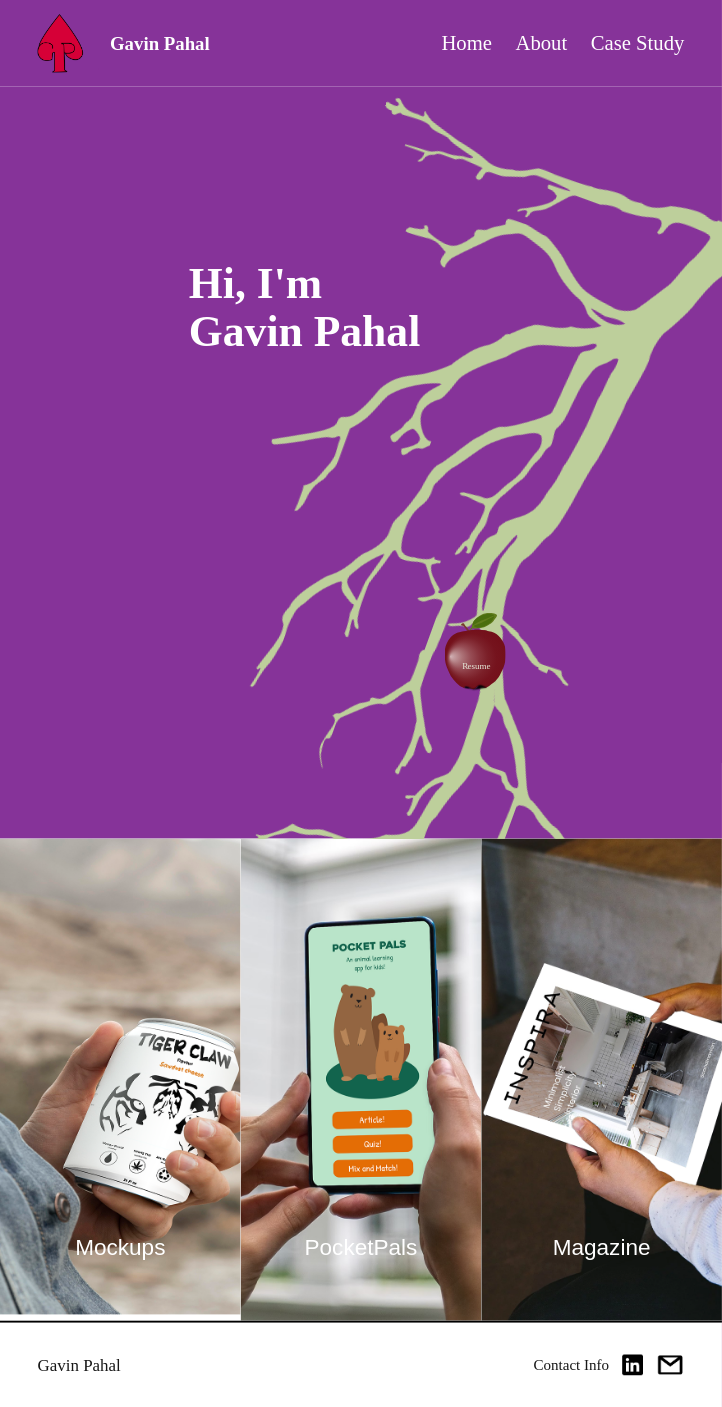
Repository: GavinPahal/portfolios
Page: /
The author's editor kept a copy of each file at every save. The page is drawn from the files as they stood at one save, then again after the next save.
The browser window is 768 px wide. The pictures show the whole page, at 94% of full size.
The project was rebuilt for these pictures with package versions that can differ from the ones it lists, and the page was loaded fresh each time. The framework's server and built-in components were replaced by stand-ins that run in the browser. Also part of the build but not shown: next.config.mjs, components/BackToTop/BackToTop.module.css.

Above is the page before, as saved 2025-02-22 15:02:46.

### pages/index.js
import NavBar from "../components/NavBar/NavBar";
import HeroSection from "../components/HeroSection/HeroSection";
import Projects from "../components/Projects/Projects";
import Footer from "../components/Footer/Footer";
import BackToTop from "../components/BackToTop/BackToTop";

const home = () => {
  return (
    <div>
      <NavBar />
      <HeroSection />
      <Projects />
      <BackToTop />
      <Footer />
    </div>
  );
};

export default home;

### components/NavBar/NavBar.js
import styles from "./NavBar.module.css";
import Link from "next/link";

const NavBar = () => {
  return (
    <nav className={styles.navbar}>
      <div className={styles.logoContainer}>
        <img src="/images/lgog.png" alt="Logo" className={styles.logo} />
        <span className={styles.name}>Gavin Pahal</span>
      </div>
      <ul className={styles.navLinks}>
        <li><Link href="/">Home</Link></li>
        <li><Link href="/AboutMe">About</Link></li>
        <li><Link href="/case-study">Case Study</Link></li>
      </ul>
    </nav>
  );
};

export default NavBar;

### components/HeroSection/HeroSection.js
import { useEffect, useState } from "react";
import styles from "./HeroSection.module.css";

const HeroSection = () => {
  const words = ["Hi, I'm", "Gavin Pahal"];
  const [displayText, setDisplayText] = useState(["", ""]);
  const [index, setIndex] = useState(0);
  const [line, setLine] = useState(0);
  const [showApple, setShowApple] = useState(false);

  useEffect(() => {
    if (line < words.length && index < words[line].length) {
      const timeout = setTimeout(() => {
        setDisplayText((prev) => {
          const updatedText = [...prev];
          updatedText[line] += words[line][index];
          return updatedText;
        });
        setIndex(index + 1);
      }, 100);

      return () => clearTimeout(timeout);
    } else if (line < words.length - 1) {
      setLine(line + 1);
      setIndex(0);
    }
  }, [index, line, words]);

  useEffect(() => {
    setTimeout(() => {
      setShowApple(true);
    }, 2000); // Delay apple growth after branch appears
  }, []);

  return (
    <header className={styles.hero}>
      <div className={styles.heroText}>
        <h1 className={styles.highlightedText}>
          {displayText[0]} <br /> {displayText[1]}
        </h1>
      </div>
      <img
        src="/images/branches.svg"
        alt="Decorative Branch"
        className={styles.branchImage}
      />
      {showApple && (
        <a href="/resume.pdf" target="_blank" rel="noopener noreferrer">
          <img
            src="/images/apple.svg" // Replace with correct apple path
            alt="Read Resume"
            className={styles.apple}
          />
        </a>
      )}
    </header>
  );
};

export default HeroSection;

### components/Projects/Projects.js
import { useState, useRef } from "react";
import { createPopper } from "@popperjs/core";
import styles from "./Projects.module.css";

const projects = [
  {
    title: "Mockups",
    image: "/images/Rectangle 65.png", // Update with actual image path
    link: "/can",
    description: "High-quality product mockups to showcase your designs.",
  },
  {
    title: "PocketPals",
    image: "/images/Rectangle 75.png", // Update with actual image path
    link: "/pocket-pals",
    description: "An animal learning app for kids.",
  },
  {
    title: "Magazine",
    image: "/images/Rectangle 65 (1).png", // Update with actual image path
    link: "/magazine",
    description: "Helping travelers with food allergies find safe meals.",
  },
];

const Projects = () => {
  const [visible, setVisible] = useState(null);
  const popperRef = useRef([]);
  const tooltipRef = useRef([]);

  const handleMouseEnter = (index) => {
    setVisible(index);
    createPopper(popperRef.current[index], tooltipRef.current[index], {
      placement: "top",
      modifiers: [{ name: "offset", options: { offset: [0, 10] } }],
    });
  };

  const handleMouseLeave = () => {
    setVisible(null);
  };

  return (
    <section className={styles.projects}>
      {projects.map((project, index) => (
        <a
          key={index}
          href={project.link}
          className={styles.project}
          ref={(el) => (popperRef.current[index] = el)}
          onMouseEnter={() => handleMouseEnter(index)}
          onMouseLeave={handleMouseLeave}
        >
          <img src={project.image} alt={project.title} className={styles.image} />
          <h3 className={styles.title}>{project.title}</h3>

          <div
            ref={(el) => (tooltipRef.current[index] = el)}
            className={`${styles.overlay} ${visible === index ? styles.show : ""}`}
          >
            <p>{project.description}</p>
          </div>
        </a>
      ))}
    </section>
  );
};

export default Projects;

### components/Footer/Footer.js
import styles from "./Footer.module.css";

const Footer = () => {
  return (
    <footer className={styles.footer}>
      <div className={styles.container}>
        <p className={styles.name}>Gavin Pahal</p>
        <div className={styles.contact}>
          <span>Contact Info</span>
          <div className={styles.icons}>
            <a href="www.linkedin.com/in/gavin-pahal" target="_blank" rel="noopener noreferrer">
              <img src="/images/LinkedIn (1).png" alt="LinkedIn" />
            </a>
            <a href="mailto:gavinpahal2003@gmail.com">
              <img src="/images/Gmail Logo (1).png" alt="Email" />
            </a>
          </div>
        </div>
      </div>
    </footer>
  );
};

export default Footer;

### components/BackToTop/BackToTop.js
import { useState, useEffect } from "react";
import styles from "./BackToTop.module.css";

const BackToTop = () => {
  const [showScroll, setShowScroll] = useState(false);

  useEffect(() => {
    const handleScroll = () => {
      setShowScroll(window.scrollY > 200);
    };

    window.addEventListener("scroll", handleScroll);
    return () => window.removeEventListener("scroll", handleScroll);
  }, []);

  const scrollToTop = () => {
    window.scrollTo({ top: 0, behavior: "smooth" });
  };

  return (
    showScroll && (
      <div className={styles.scrollContainer} onClick={scrollToTop}>
        <span className={styles.scrollText}>Back to Top</span>
        <div className={styles.underline}></div>
      </div>
    )
  );
};

export default BackToTop;

### components/NavBar/NavBar.module.css
.navbar {
  font-family: "philosopher", "bold";
  display: flex;
  justify-content: space-between;
  align-items: center;
  padding: 15px 40px; /* Slightly wider for 1440px screens */
  background: #863399;
  width: 100%;
}

.logoContainer {
  display: flex;
  align-items: center;
}

.logo {
  width: 65px; /* Slightly increased for visibility */
  margin-right: 12px;
}

.name {
  color: white;
  font-size: 20px; /* Increased for readability */
  font-weight: bold;
}

.navLinks {
  list-style: none;
  display: flex;
  gap: 25px; /* Better spacing for larger screens */
}

.navLinks li a {
  color: white;
  text-decoration: none;
  font-size: 22px; /* Slightly larger for visibility */
}

/* Responsive for smaller screens */
@media (max-width: 430px) {
  .navbar {
    padding: 8px 12px;
  }

  .logo {
    width: 35px;
    margin-right: 5px;
  }

  .name {
    font-size: 12px;
  }

  .navLinks {
    gap: 15px;
  }

  .navLinks li a {
    font-size: 12px;
  }
}

### components/HeroSection/HeroSection.module.css
.hero {
  position: relative;
  width: 100%;
  height: 120vh;
  background-color: rgba(134, 51, 153, 1);
  display: flex;
  flex-direction: column;
  align-items: center;
  justify-content: center;
  overflow: hidden;
}

.heroText h1 {
  font-family: "philosopher";
  margin-bottom: 300px;
  margin-right: 600px;
  color: rgb(255, 255, 255);
  font-size: 5.5rem;
  font-weight: bold;
  line-height: 1.2;
}

.branchImage {
  position: absolute;
  right: 40%;  /* Start from the right */
  top: -25%;    /* Move it higher */
  width: 85%;  /* Make it large and prominent */
  height: auto;
  transform: rotate(-70deg); /* Tilt from top right downward */
  transform-origin: top right; /* Ensure rotation is natural */
  animation: branchReveal 2s ease-in-out forwards;
}

/* Branch Animation */
@keyframes branchReveal {
  from {
    opacity: 0;
    transform: translateX(150px) rotate(-70deg);
  }
  to {
    opacity: 1;
    transform: translateX(0) rotate(-70deg);
  }
}


/* Apple Vector Styling */
.apple {
  position: absolute;
  top: 40%; /* Adjust to align with branch near "Pahal" */
  right: 48%; /* Fine-tune position for accurate placement */
  width: 80px; /* Adjust size */
  height: auto;
  opacity: 0;
  transform: scale(0);
  animation: growApple 1.5s ease-in-out 2s forwards;
  cursor: pointer;
}

/* Apple Growing Animation */
@keyframes growApple {
  from {
    opacity: 0;
    transform: scale(0);
  }
  to {
    opacity: 1;
    transform: scale(1);
  }
}

@media screen and (max-width: 768px) {
  .hero {
    height: 100vh; /* Keep full height */
    padding: 0 20px; /* Add padding for proper spacing */
  }

  .heroText h1 {
    font-size: 2.9rem; /* Make text smaller for mobile */
    margin-bottom: 330px;
    margin-right: 120px; /* Center text */
    text-align: left;
    line-height: 1.1; /* Keep proportions */
    z-index: 1;
  }

  .branchImage {
   /* Shift closer to center */
    top: -15%; /* Adjust to keep it visible */
    width: 150%; /* Make branches significantly bigger */
    max-width: none; /* Prevent unwanted scaling limits */
    transform: rotate(-70deg);
  }


  .apple {
    top: 70%; /* Keep apple aligned with branch */
    right: 30%; /* Fine-tune placement */
    width: 65px; /* Adjust apple size */
  }
}

### components/Projects/Projects.module.css
.projects {
    display: flex;
    justify-content: center;
  }

  .project {
    position: relative;
    text-align: center;
    color: white;
    max-width: 450px;
    overflow: hidden;
  }

  .image {
    width: 100%;
    height: 100%;
    transition: transform 0.3s ease-in-out;
  }

  .project:hover .image {
    transform: scale(1.05);
  }

  .title {
    position: absolute;
    bottom: 60px;
    left: 50%;
    transform: translateX(-50%);
    font-size: 1.5rem;
  }


  .overlay {
    position: absolute;
    bottom: 100%;
    left: 50%;
    transform: translateX(-50%);
    background: rgba(0, 0, 0, 0.8);
    color: white;
    padding: 10px;
    font-size: 0.9rem;
    width: 200px;
    text-align: center;
    opacity: 0;
    transition: opacity 0.3s ease-in-out;
    pointer-events: none;
  }

  .show {
    opacity: 1;
  }

### components/Footer/Footer.module.css
.footer {
  text-align: center;
  padding: 30px 20px;
  border-top: 2px solid black;
  position: relative;
  display: flex;
  justify-content: space-between;
  align-items: center;
}

.container {
  width: 100%;
  display: flex;
  justify-content: space-between;
  align-items: center;
}

.name {
  font-family: "philosopher", "bold";
  font-size: 18px;
  margin: 0; /* Aligns with the top border */
  padding-left: 20px; /* Adds some spacing from the left */
}

.contact {
  font-family: "philosopher", "bold";
  font-size: 16px;
  display: flex;
  align-items: center;
  padding-right: 20px; /* Adds some spacing from the right */
}

.icons {
  display: flex;
  gap: 10px; /* Ensures equal spacing between icons */
  margin-left: 10px; /* Adds spacing between text and icons */
}

.icons img {
  width: 30px;
}

Loaded but not shown: pages/_app.js (common file); pages/_document.js (common file); styles/globals.css (common file); tailwind.config.mjs (common file)

After the next save:
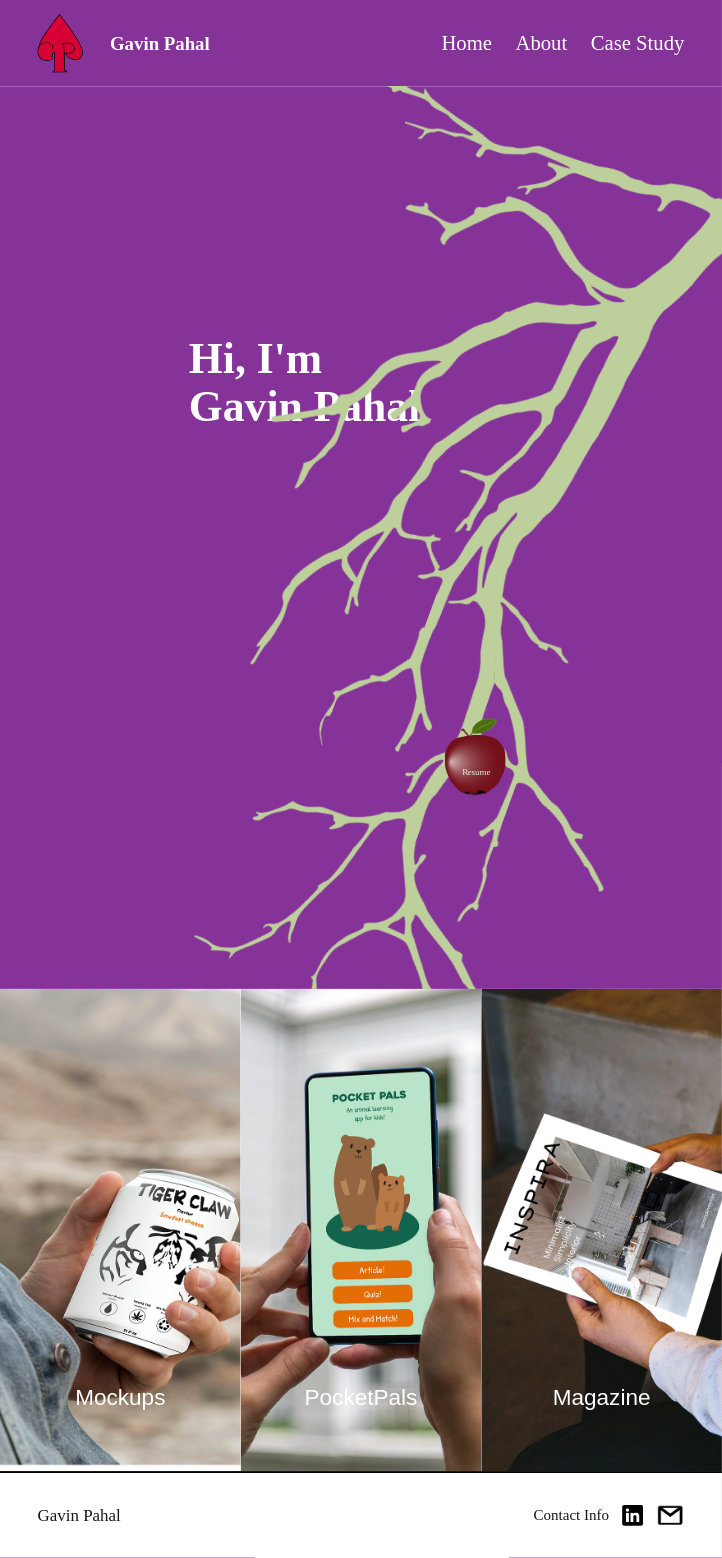
Saved 7 min 16 s later.
--- a/components/HeroSection/HeroSection.module.css
+++ b/components/HeroSection/HeroSection.module.css
@@ -71,7 +71,6 @@
 
 @media screen and (max-width: 768px) {
   .hero {
-    height: 100vh; /* Keep full height */
     padding: 0 20px; /* Add padding for proper spacing */
   }
 

After the 2 saves that followed:
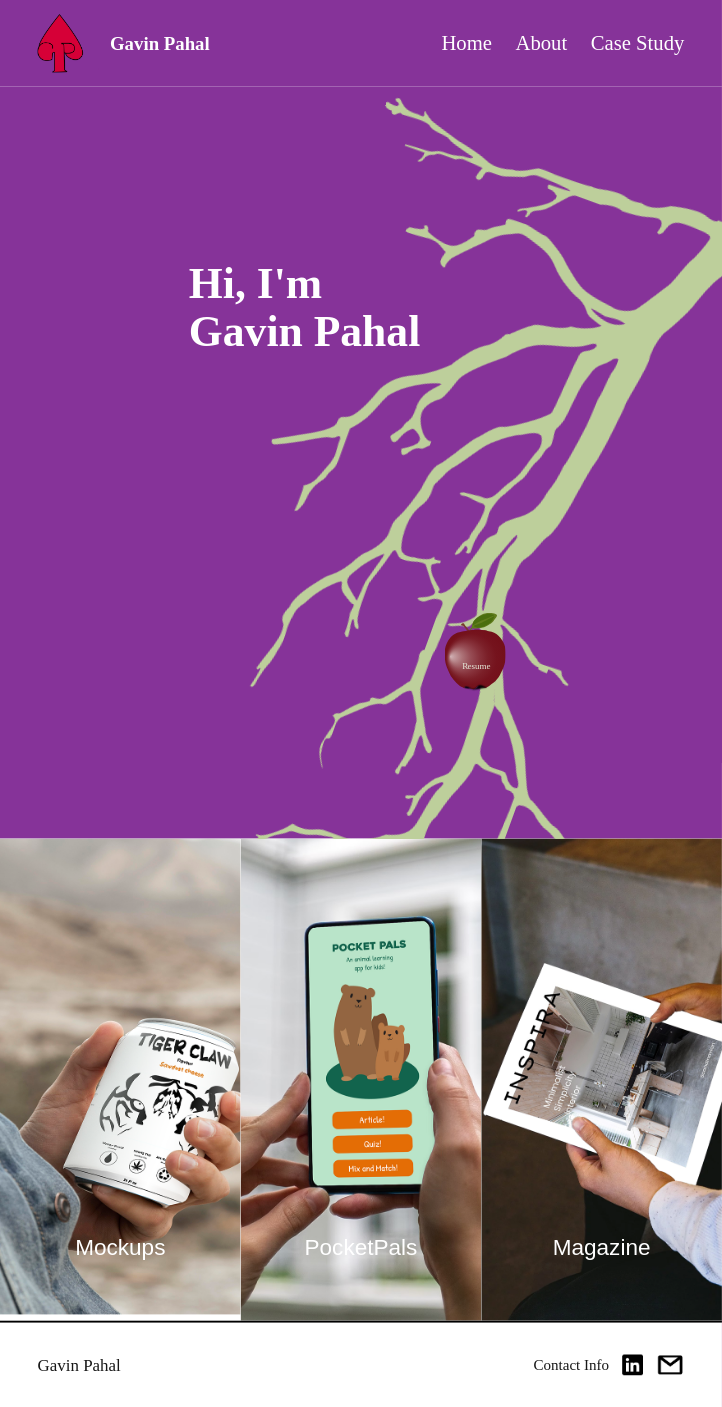
The 2 saves are shown as one change because they came seconds apart.
The last was saved 18 s later.
--- a/components/HeroSection/HeroSection.module.css
+++ b/components/HeroSection/HeroSection.module.css
@@ -71,7 +71,8 @@
 
 @media screen and (max-width: 768px) {
   .hero {
-    padding: 0 20px; /* Add padding for proper spacing */
+    height: 100vh; /* Keep full height */
+
   }
 
   .heroText h1 {
